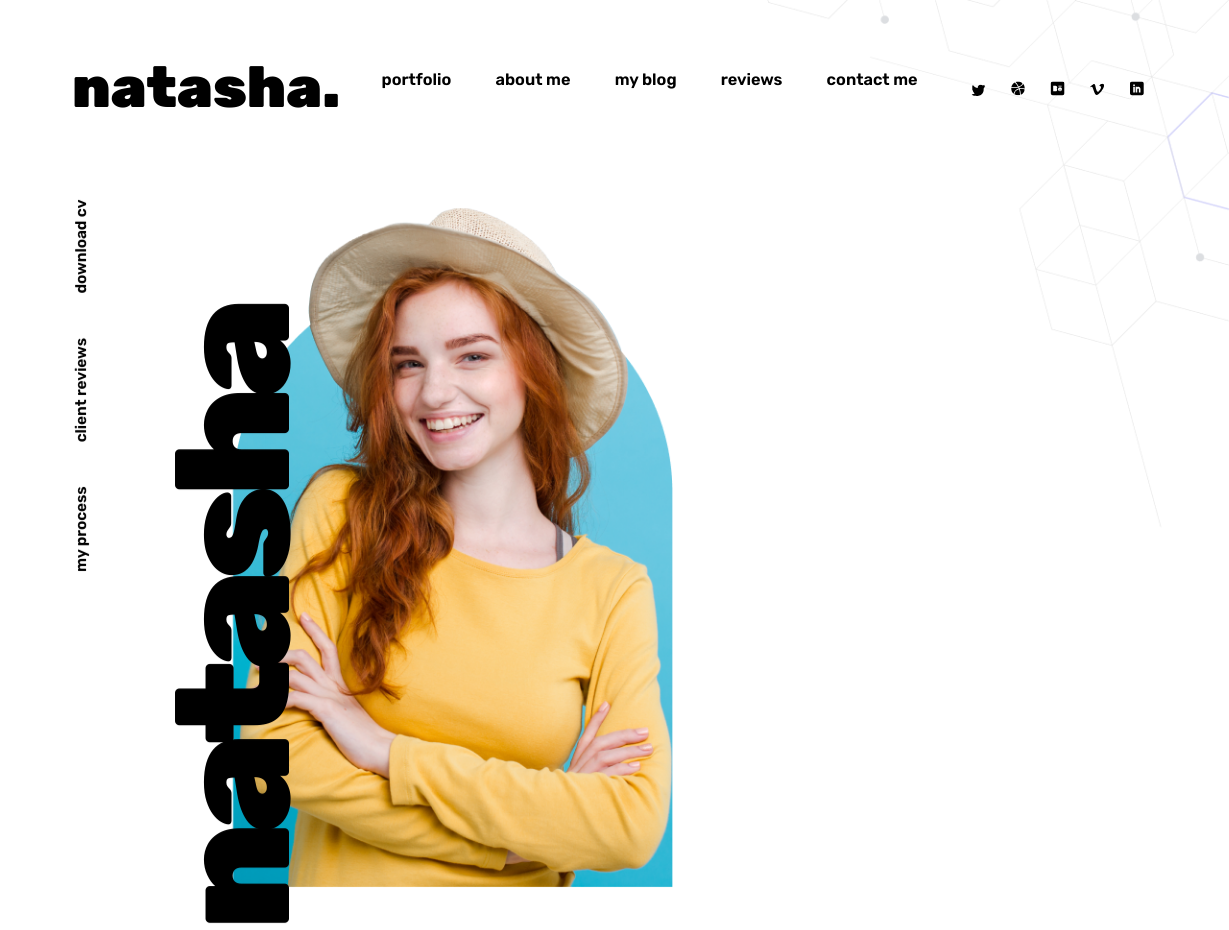
Repository: BuduCE/landing-page
Page: natasha-lp/index.html
An editor plug-in stored every save of this project. The page is shown before and after the next save, followed by the edit.
The browser window is 1280 px wide. The pictures show the whole page, at 96% of full size.

Above is the page before, as saved 2022-03-04 22:28:34.

After the next save:
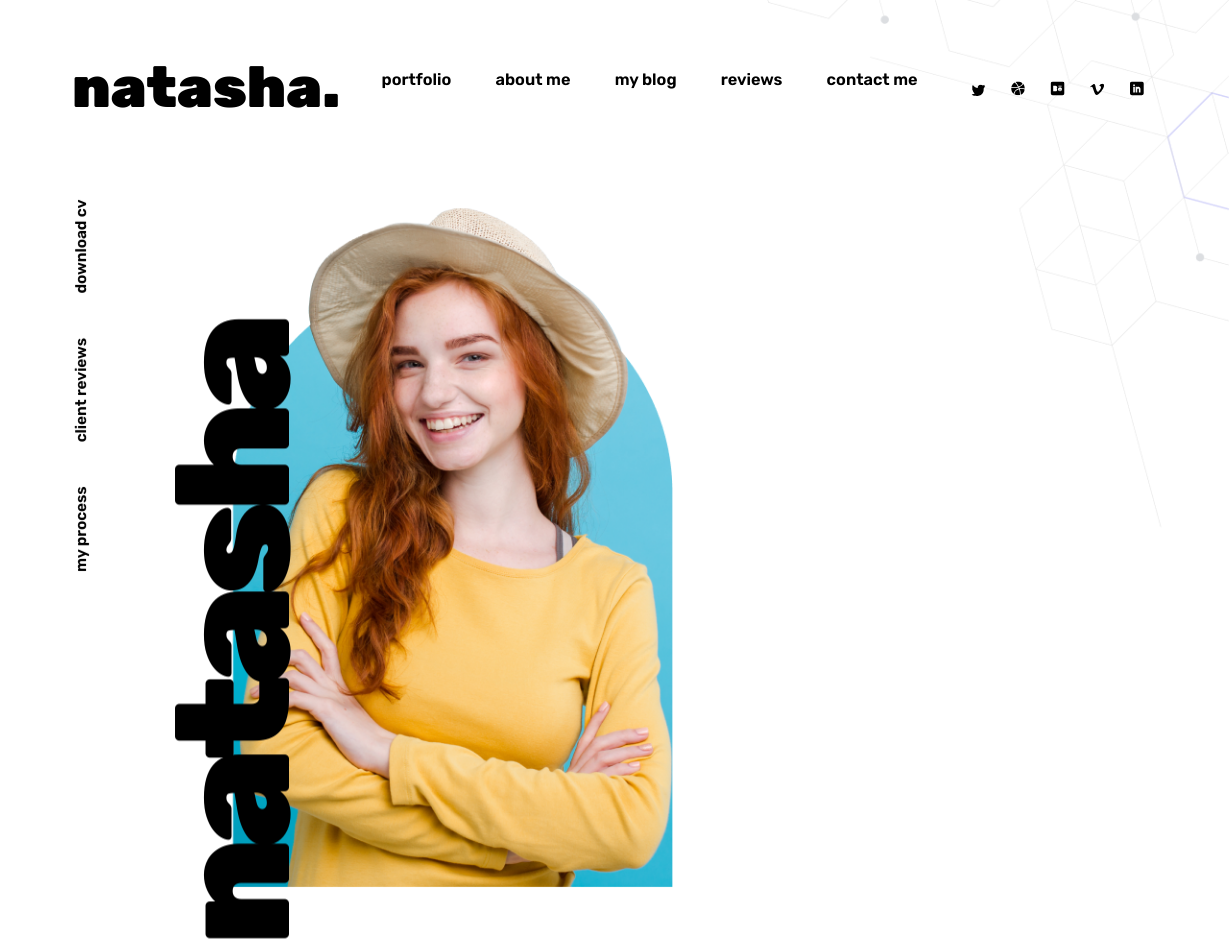
Saved 6 s later.
--- a/natasha-lp/assets/css/style.css
+++ b/natasha-lp/assets/css/style.css
@@ -92,7 +92,7 @@ header {
 .natasha_img h1 {
     position: absolute;
     left: -6.5rem;
-    bottom: -7rem;/*3.611rem*/
+    bottom: -8rem;/*3.611rem*/
     writing-mode: vertical-rl;
     transform: rotate(180deg);
     font-weight: 900;
